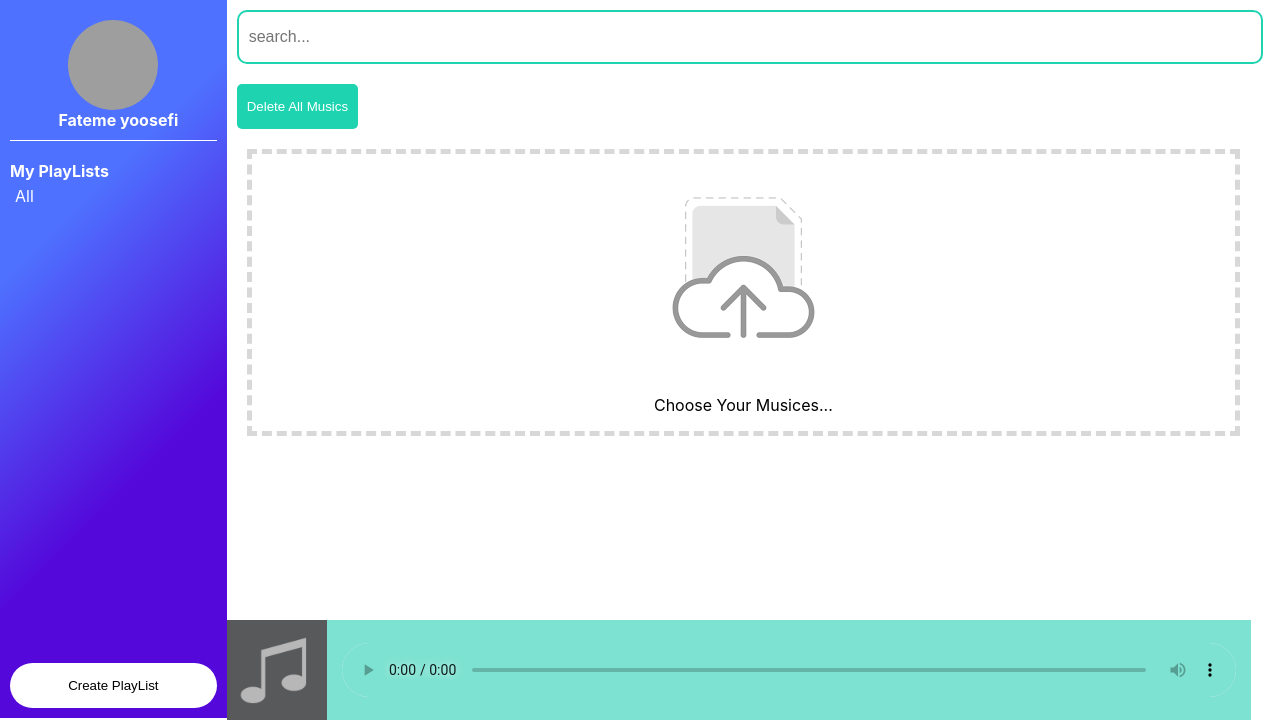
Repository: fateme81yosefi/musicPlayer
Page: /
An editor plug-in stored every save of this project. The page is shown before and after a run of saves, followed by the edit.
The browser window is 1280 px wide. The pictures show the whole page.
Pictures or frames that could not be fetched are drawn as grey boxes. The project was rebuilt for these pictures with package versions that can differ from the ones it lists, and the page was loaded fresh each time.

Above is the page before, as saved 2025-06-28 13:50:04.

After the next 3 saves:
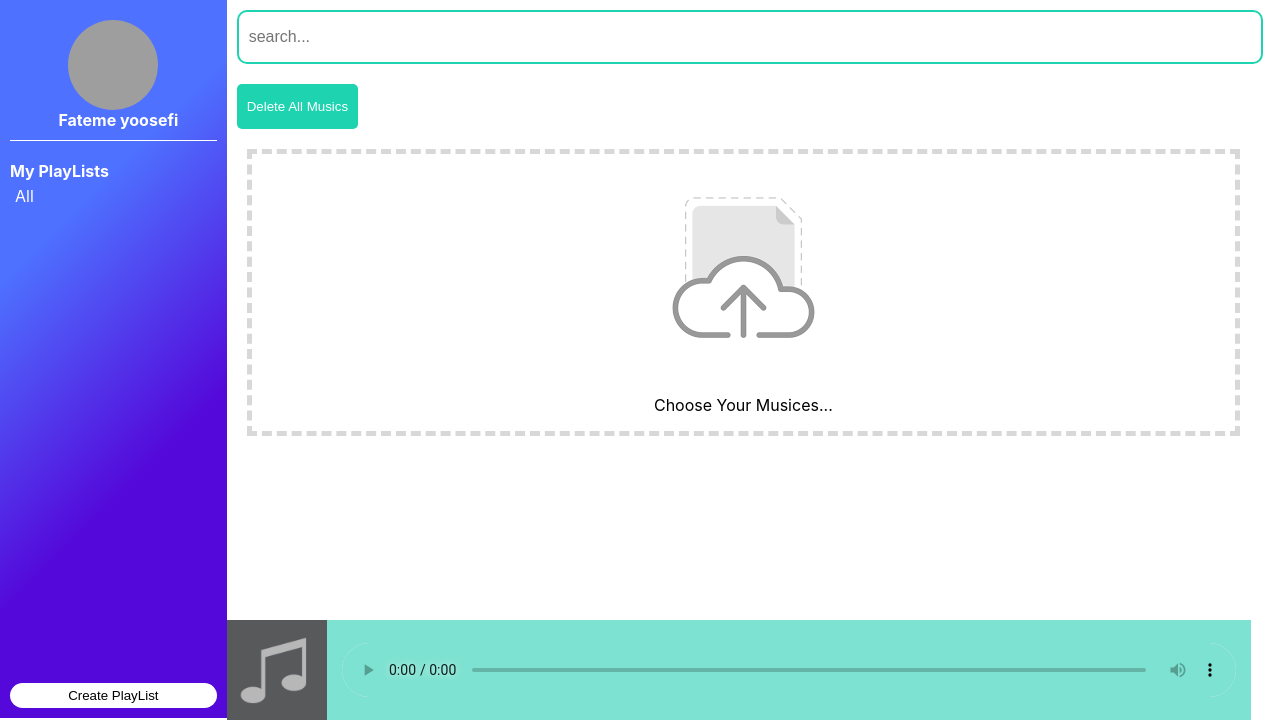
The 3 saves are shown as one change because they came seconds apart.
The last was saved 11 s later.
--- a/src/Components/MainPage/MainPage.css
+++ b/src/Components/MainPage/MainPage.css
@@ -129,7 +129,7 @@
 }
 
 .create {
-  padding: 15px 10px;
+  padding: 5px 10px;
   border-radius: 35px;
   background-color: #ffffff;
   border: none;

After the 2 saves that followed:
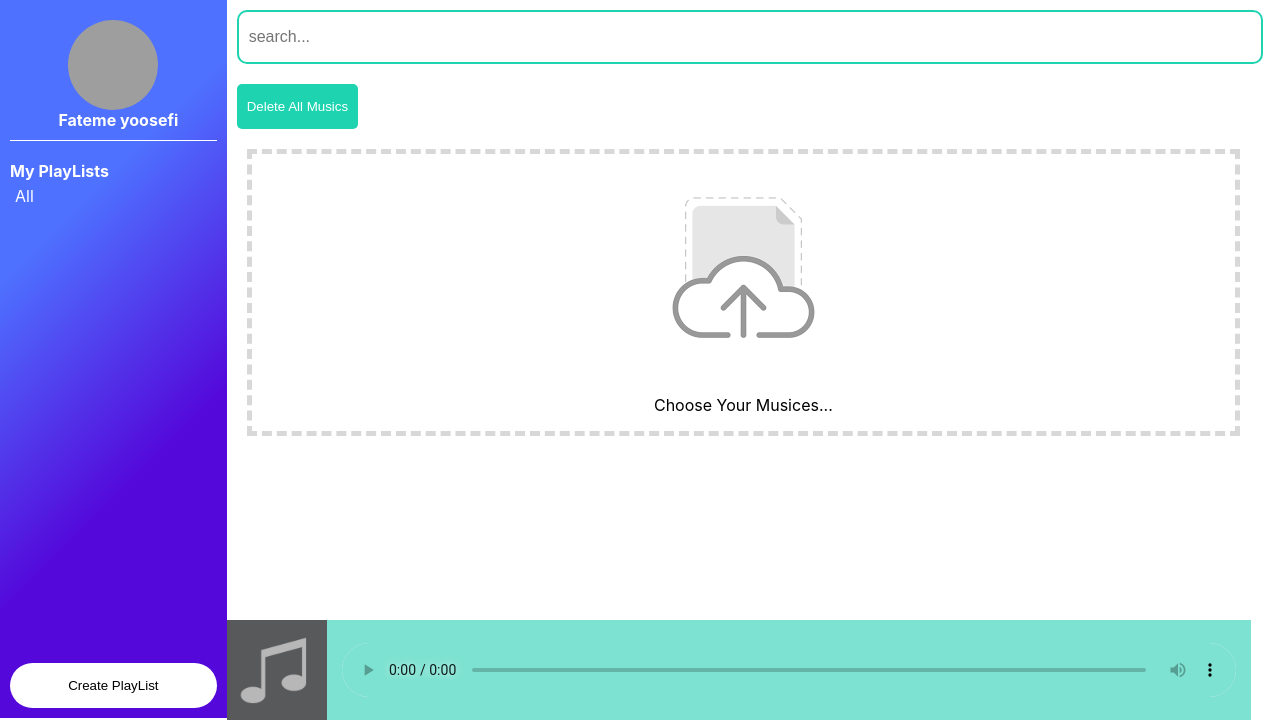
The 2 saves are shown as one change because they came seconds apart.
The last was saved 7 s later.
--- a/src/Components/MainPage/MainPage.css
+++ b/src/Components/MainPage/MainPage.css
@@ -129,7 +129,7 @@
 }
 
 .create {
-  padding: 5px 10px;
+  padding: 15px 4px;
   border-radius: 35px;
   background-color: #ffffff;
   border: none;
